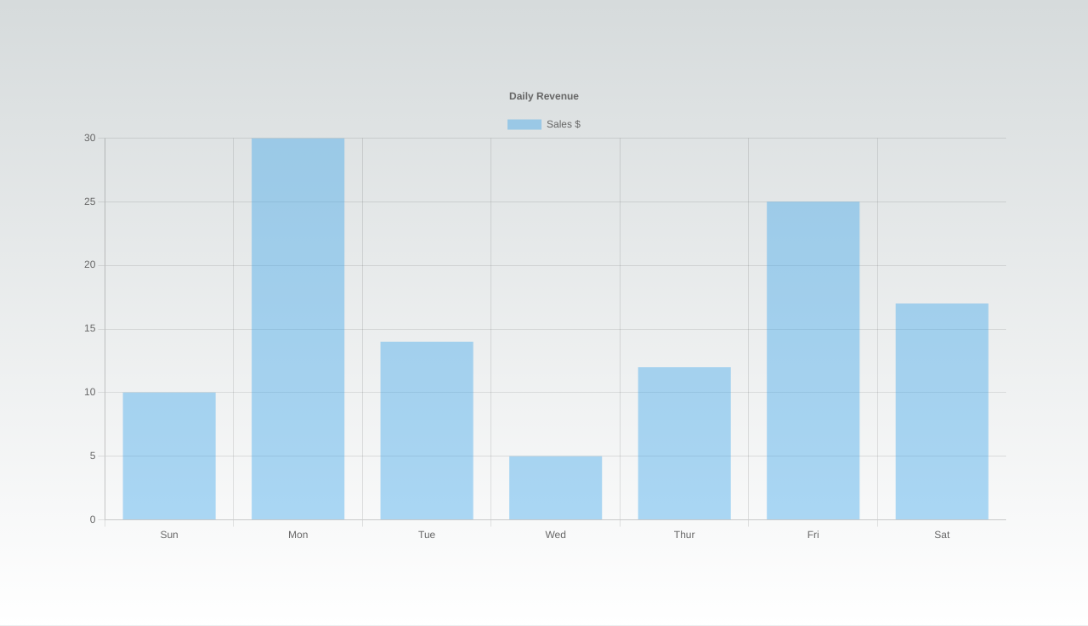
Repository: Vanessahyc/exercise-5
Page: /
An editor plug-in stored every save of this project. The page is shown before and after the next save, followed by the edit.
The browser window is 1280 px wide. The pictures show the whole page, at 85% of full size.
The project was rebuilt for these pictures with package versions that can differ from the ones it lists, and the page was loaded fresh each time. The framework's server and built-in components were replaced by stand-ins that run in the browser. Also part of the build but not shown: next.config.mjs.

Above is the page before, as saved 2024-04-15 14:13:08.

After the next save:
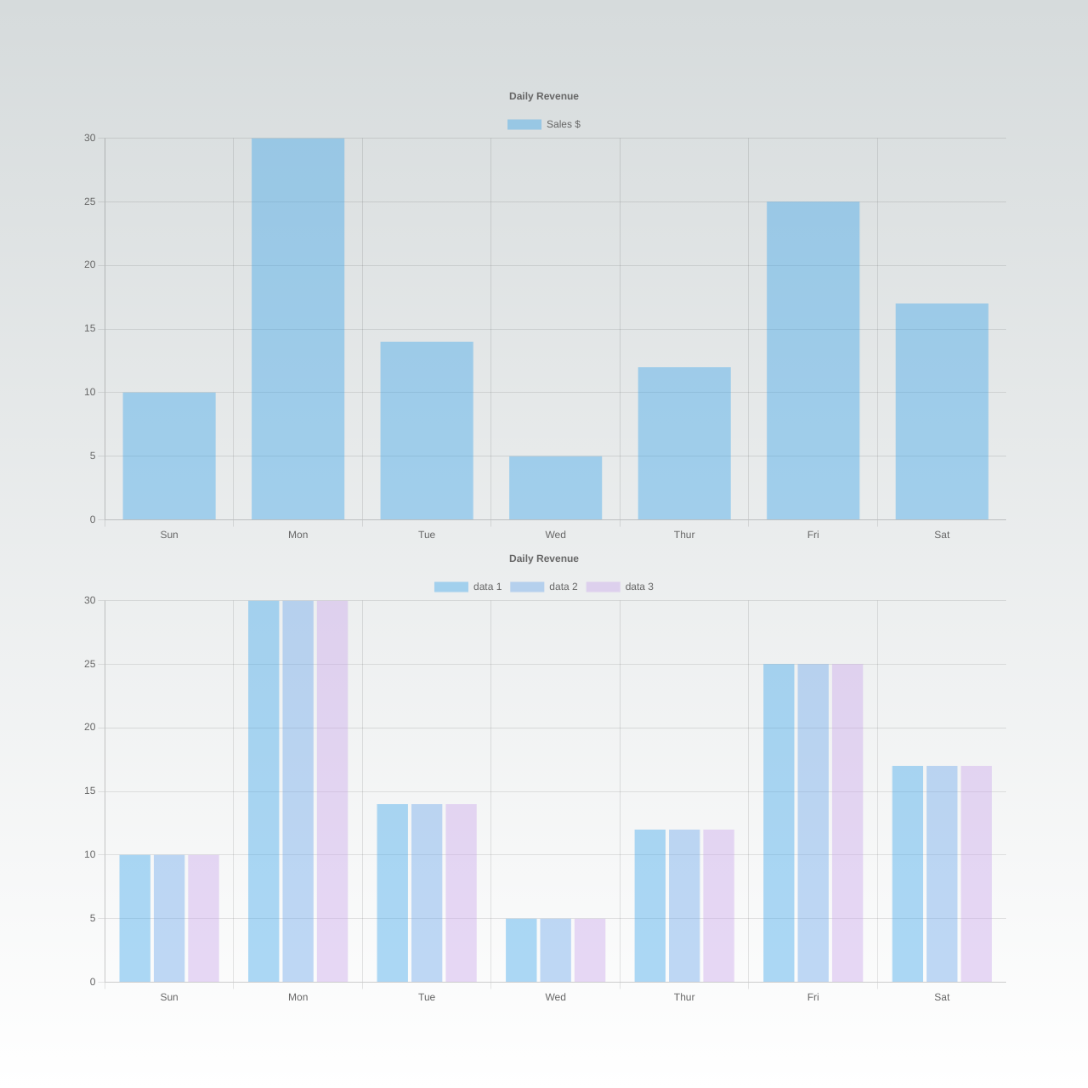
Saved 32 s later.
--- a/pages/index.js
+++ b/pages/index.js
@@ -2,12 +2,14 @@ import Head from "next/head";
 import Image from "next/image";
 import styles from "@/styles/Home.module.css";
 import VerticalBar from "@/components/VerticalBar";
+import HorizontalChart from "@/components/HorizontalChart";
 
 export default function Home() {
   return (
     <>
       <main className={`${styles.main}`}>
        <VerticalBar/>
+       <HorizontalChart/>
       </main>
     </>
   );
